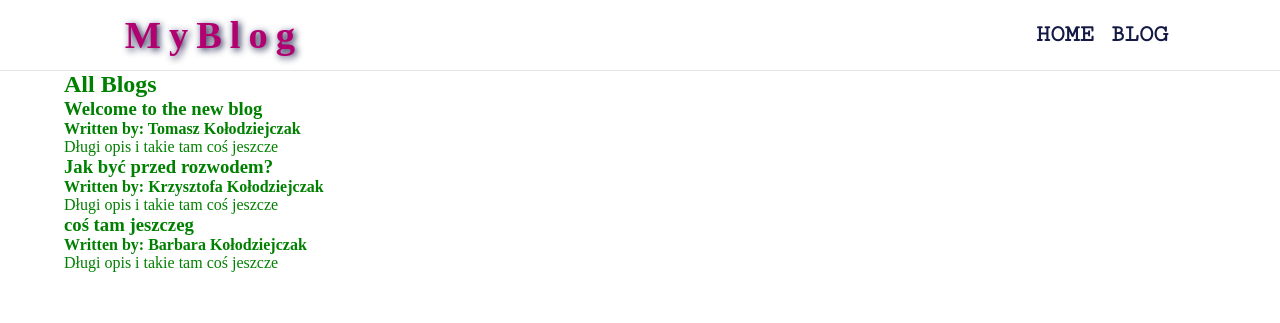
Repository: KrzysKolo/myBlog
Page: /
These files come from the project's save history. The page is drawn as it stood at one moment and after the next save; the edit follows.
The browser window is 1280 px wide. The pictures show the whole page.
Some web fonts or font styles are not loaded; a fallback is used. The project was rebuilt for these pictures with package versions that can differ from the ones it lists, and the page was loaded fresh each time. Requests to the local data server were answered from the project's data file. Also part of the build but not shown: src/pages/Blog/Blog.css, src/pages/Blog/Blog.js, src/pages/BlogNote/BlogNote.css, src/pages/BlogNote/BlogNote.js.

Above is the page before, as saved 2021-04-27 10:35:14.

After the next save:
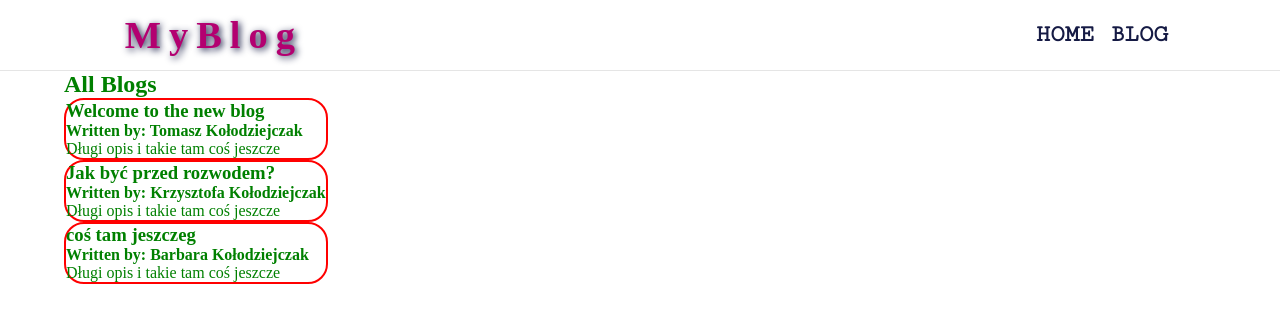
Saved 55 s later.
--- a/src/components/BlogList/BlogList.js
+++ b/src/components/BlogList/BlogList.js
@@ -1,4 +1,5 @@
 import React from 'react';
+import './BlogList.css';
 
 const BlogList = ({ blogs, title}) => {
     const blogItem = blogs.map(blog => (
